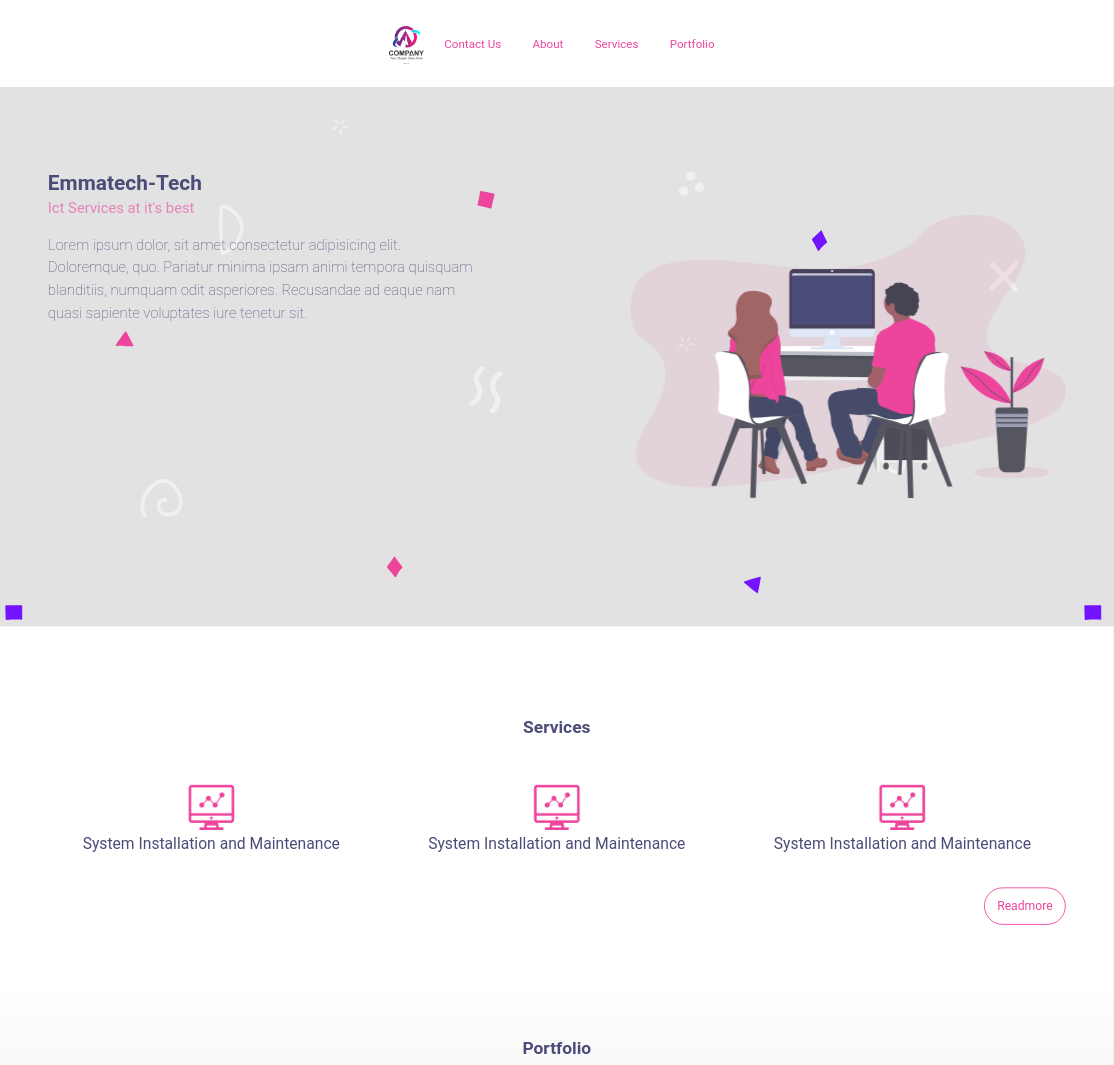
Repository: wisdomspine/emmatech-website
Page: index.html
The author's editor kept a copy of each file at every save. The page is drawn from the files as they stood at one save, then again after the next save.
The browser window is 1280 px wide. The pictures show the part of the page from y = 0 to 1224 px (the page is 1582 px tall before and 1538 px after), at 87% of full size.
A picture or video elsewhere on the page could not be fetched, so the positions and the page height are approximate.

Above is the page before, as saved 2020-10-28 10:27:15.

After the next save:
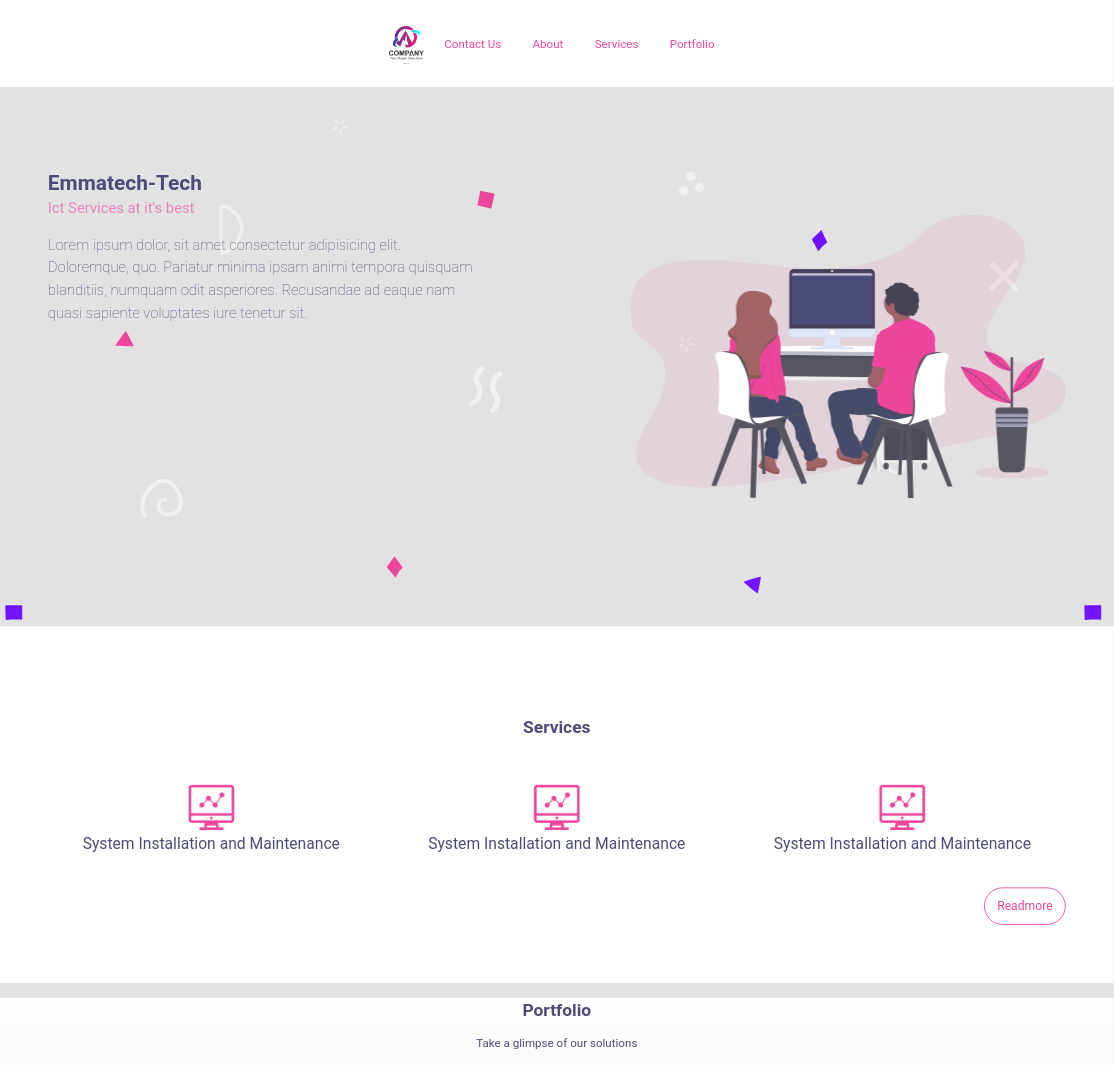
Saved 28 s later.
--- a/assets/styles/index.css
+++ b/assets/styles/index.css
@@ -51,7 +51,7 @@
 }
 
 .home-portfolio {
-    padding-top: 44px;
+    /* padding-top: 44px; */
     padding-bottom: 44px;
     background: linear-gradient(to bottom, white, var(--bg-color));
 }
